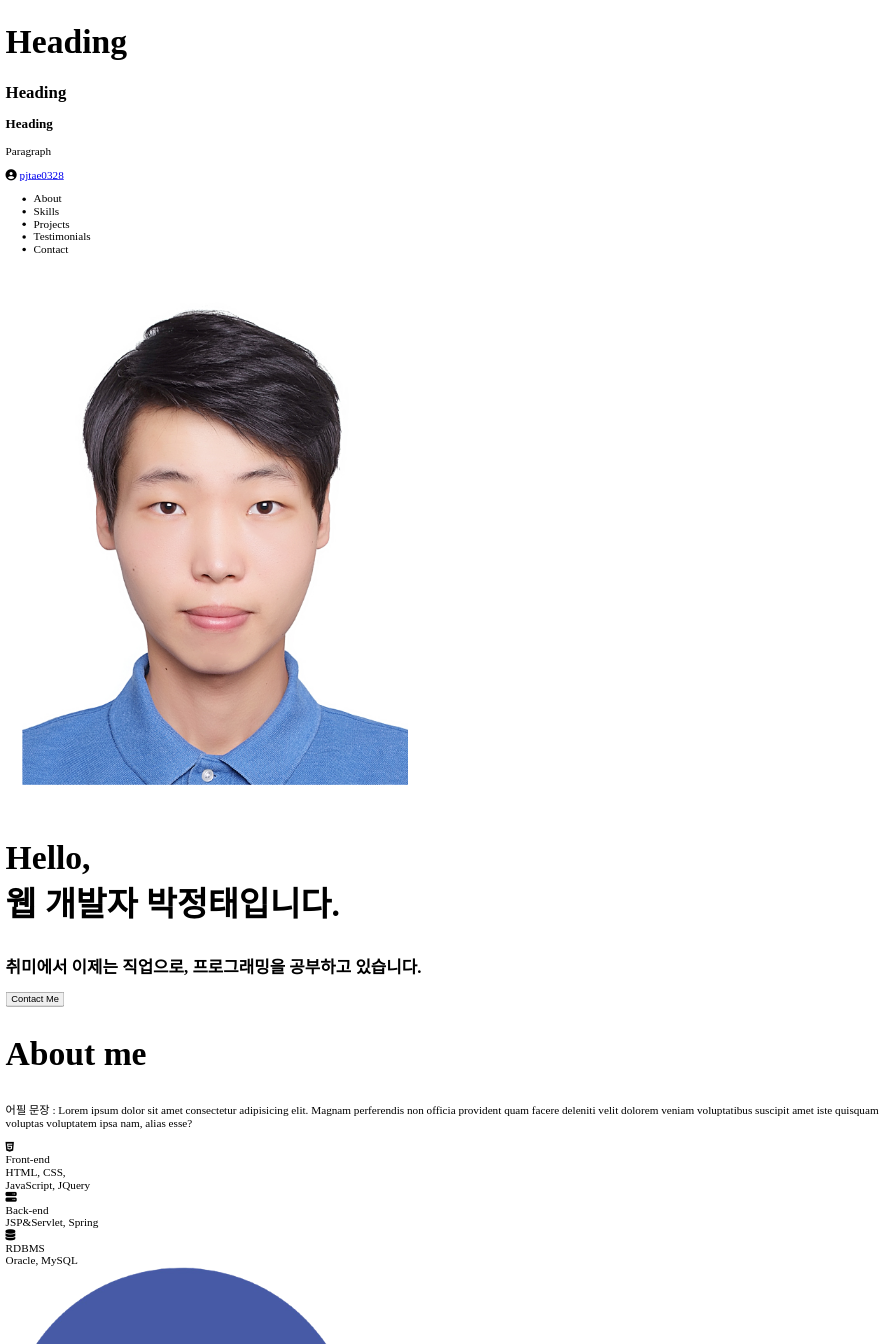
Repository: pjtae0328/Portfolio
Page: index.html
An editor plug-in stored every save of this project. The page is shown before and after the next save, followed by the edit.
The browser window is 1280 px wide. The pictures show the part of the page from y = 0 to 1920 px (the page is 7249 px tall before and 6965 px after), at 70% of full size.
Some web libraries are served in a nearby version.

Above is the page before, as saved 2021-09-02 21:05:46.

### index.html
<!DOCTYPE html>
<html lang="ko">

<head>
    <meta charset="UTF-8">
    <meta http-equiv="X-UA-Compatible" content="IE=edge"> <!-- ie 호환성보기 무시 -->
    <meta name="viewport" content="width=device-width, initial-scale=1.0">
    <title>박정태 포트폴리오</title>

    <!-- 설명 / 작성자 -->
    <meta name="description" content="준비된 개발자 박정태의 포트폴리오 입니다.">
    <meta name="author" content="박정태">

    <!-- 아이콘 -->
    <link rel="icon" type="image/png" href="imgs/favicon.png"/>

    <!-- fontawesome -->
    <script src="https://kit.fontawesome.com/0d232bdc2d.js" crossorigin="anonymous">
    </script>

    <!-- font -->
    <link rel="preconnect" href="https://fonts.googleapis.com">
    <link rel="preconnect" href="https://fonts.gstatic.com" crossorigin>
    <link href="https://fonts.googleapis.com/css2?family=Noto+Sans+KR:wght@400;500;700&display=swap" rel="stylesheet">

    <!-- css / js -->
    <link rel="stylesheet" href="style.css"/>
    <script src="main.js" defer></script>

<body>
    <!-- Test -->
    <h1>Heading</h1>
    <h2>Heading</h2>
    <h3>Heading</h3>
    <p>Paragraph</p>

<!-- Nav Bar -->
<nav id="navbar">
    <div class="navbar__logo">
        <i class="fas fa-user-circle"></i>
        <a href="#">pjtae0328</a>
    </div>
    <ul class="navbar__menu">
        <li class="navbar__menu__item">About</li>
        <li class="navbar__menu__item">Skills</li>
        <li class="navbar__menu__item">Projects</li>
        <li class="navbar__menu__item">Testimonials</li>
        <li class="navbar__menu__item">Contact</li>
    </ul>
</nav>

<!-- Home -->
<section id="home">
    <img src="/imgs/profile.jpg" alt="profile photo" class="home__avatar">
    <h1 class="home__title">Hello, <br>웹 개발자 박정태입니다.</h1>
    <h2 class="home__discription">취미에서 이제는 직업으로, 프로그래밍을 공부하고 있습니다.</h2>
    <button class="home__contact">Contact Me</button>
</section>

<!-- About -->
<section id="about">
    <h1>About me</h1>
    <p>어필 문장 : Lorem ipsum dolor sit amet consectetur adipisicing elit. Magnam perferendis non officia provident quam
        facere deleniti velit dolorem veniam voluptatibus suscipit amet iste quisquam voluptas voluptatem ipsa nam,
        alias esse?</p>

    <div class="about__majors">
        <div class="major">
            <div class="major__icon">
                <i class="fab fa-html5"></i>
            </div>
            <div class="major_title">Front-end</div>
            <div class="major__description">
                HTML, CSS,
                <br>JavaScript, JQuery
            </div>
        </div>
        <div class="major">
            <div class="major__icon">
                <i class="fas fa-server"></i>
            </div>
            <div class="major_title">Back-end</div>
            <div class="major__description">
                JSP&Servlet, Spring
            </div>
        </div>
        <div class="major">
            <div class="major__icon">
                <i class="fas fa-database"></i>
            </div>
            <div class="major_title">RDBMS</div>
            <div class="major__description">
                Oracle, MySQL
            </div>
        </div>
    </div>

    <div class="about__experience">
        <div class="experience">
            <img src="imgs/experience/kh.png" alt="KH정보 교육원">
            <p class="experience__name">KH 정보교육원 웹콘텐츠 개발자 과정 수료</p>
            <p class="experience__period">2021 May - 2021 Dec</p>
        </div>
        <div class="experience">
            <img src="imgs/experience/hbad.png" alt="한방애드">
            <p class="experience__name">PL Soft 리워드앱 개발 및 서비스(Android-JAVA, JSP&Servlet, MySQL)</p>
            <p class="experience__period">2016 Sep - 2017 Jan</p>
        </div>
    </div>
</section>

<!-- Skills -->
<section id="skills">
    <h1>Skills</h1>
    <h2>Skills & Attributes</h2>
    <p>
        Lorem ipsum dolor, sit amet consectetur adipisicing elit. Iusto ipsam, ullam delectus facilis molestiae ratione,
        odio maxime nulla ipsa eligendi enim minima distinctio. Praesentium in animi soluta iure, error sit!
        나의 강점 써보기 <i class="fas fa-star"></i>를 통해 제가 자신있는 정도를 표시해 보았습니다.
    </p>

    <div class="skillset">

        <div class="skillset__top">
            <div class="skill">
                <i class="fab fa-html5"></i>
                <h3 class="skill__title">HTML5 & CSS3</h3>
                <div class="skill__level">
                    <i class="fas fa-star"></i>
                    <i class="fas fa-star"></i>
                </div>
                <p>HTML과 CSS를 사용해 요구하는 디자인의 웹 스타일링을 할 수 있습니다.</p>
            </div>
            <div class="skill">
                <i class="fab fa-js-square"></i>
                <h3 class="skill__title">Java Script</h3>
                <div class="skill__level">
                    <i class="fas fa-star"></i>
                    <i class="fas fa-star"></i>
                </div>
                <p>JS의 특징과 동작 방식을 이해하고 원하는 동적 웹을 구축 할 수 있습니다.</p>
            </div>
            <div class="skill">
                <i class="fab fa-java"></i>
                <h3 class="skill__title">JAVA</h3>
                <div class="skill__level">
                    <i class="fas fa-star"></i>
                    <i class="fas fa-star"></i>
                    <i class="fas fa-star"></i>
                    <i class="fas fa-star"></i>
                </div>
                <p>JSP&Servlet을 활용해 웹 서버를 구축할 수 있으며 Spring Framework를 이해하고 사용할 수 있습니다.
                    <br>객체지향 패러다임을 이해하고 설계할 수 있으며 Spring Boot를 공부하고 개인 프로젝트를 진행했습니다.
                </p>
            </div>
            <div class="skill">
                <i class="fas fa-database"></i>
                <h3 class="skill__title">Oracle</h3>
                <div class="skill__level">
                    <i class="fas fa-star"></i>
                    <i class="fas fa-star"></i>
                </div>
                <p>관계형 데이터베이스를 이해하고 설계할 수 있으며 적절한 쿼리문을 작성하여 사용할 수 있습니다.</p>
            </div>
        </div>

        <div class="skillset__bottom">
            <div class="tools">
                <h3 class="tools__title">Tools</h3>
                <ul class="tolls__list">
                    <li><span>IntelliJ</span></li>
                    <li><span>VisualStudio Code</span></li>
                    <li><span>Eclipse</span></li>
                    <li><span>VisualStudio 2019</span></li>
                </ul>
            </div>
            <div class="etc">
                <h3 class="etc__title">Etc</h3>
                <ul class="etc__list">
                    <li><span>Git</span></li>
                    <li><span>C#</span></li>
                    <li><span>ActionScript 3.0</span></li>
                    <li><span>AutoHotKey</span></li>
                </ul>
            </div>
        </div>
    </div>
</section>

<!-- Projects -->
<section id="projects">
    <!-- 사이즈 리사이즈 해서 통일하고 아이폰/ 맥 넣어서 마우스 오버시 맥/아이폰 넘어가게 애니메이션 주기  -->
    <!-- 개인 Spring Boot -->
    <div class="project">
        <img class="project__img" src="https://via.placeholder.com/350" alt="projectIMG">
        <h3 class="project__title">Title</h3>
        <button class="project__View">View</button>
        <a href="#" class="project__github" target="_blank"><i class="fab fa-github"></i></a>
    </div>
    <!-- 학원 Spring -->
    <div class="project">
        <img class="project__img" src="https://via.placeholder.com/350" alt="projectIMG">
        <h3 class="project__title">Title</h3>
        <button class="project__View">View</button>
        <a href="#" class="project__github" target="_blank"><i class="fab fa-github"></i></a>
    </div>
    <!-- 학원 JSP&Servlet -->
    <div class="project">
        <img class="project__img" src="https://via.placeholder.com/350" alt="projectIMG">
        <h3 class="project__title">Title</h3>
        <button class="project__View">View</button>
        <a href="#" class="project__github" target="_blank"><i class="fab fa-github"></i></a>
    </div>
    <!-- 포트폴리오 페이지 -->
    <div class="project">
        <img class="project__img" src="https://via.placeholder.com/350" alt="projectIMG">
        <h3 class="project__title">Title</h3>
        <button class="project__View">View</button>
        <a href="#" class="project__github" target="_blank"><i class="fab fa-github"></i></a>
    </div>
</section>

<!-- Testimonials -->
<section id="testimonials">
    <h1>Testimonials</h1>
    <h3>See what they say about me</h3>
    <div class="testimonials">
        <div class="testimonial">
            <img
                src="imgs/testimonial/people1.jpg"
                alt="People"
                class="testimonial__avatar"
            >
            <div class="testimonial__speech-bubble">
                <p>Lorem ipsum dolor sit amet consectetur adipisicing elit. Accusantium iusto doloribus, cumque eos facilis velit omnis labore commodi praesentium? Numquam provident commodi praesentium fugiat ea sequi quam officia porro nulla!</p>
                <p class="testimonial__name"><a href="#" target="_blank">이름(링크드인 or 깃헙) / 소속</a></p>
            </div>
        </div>
        <div class="testimonial">
            <img
                src="imgs/testimonial/people1.jpg"
                alt="People"
                class="testimonial__avatar"
            >
            <div class="testimonial__speech-bubble">
                <p>Lorem ipsum dolor sit amet consectetur adipisicing elit. Accusantium iusto doloribus, cumque eos facilis velit omnis labore commodi praesentium? Numquam provident commodi praesentium fugiat ea sequi quam officia porro nulla!</p>
                <p class="testimonial__name"><a href="#" target="_blank">이름(링크드인 or 깃헙) / 소속</a></p>
            </div>
        </div>
        <div class="testimonial">
            <img
                src="imgs/testimonial/people1.jpg"
                alt="People"
                class="testimonial__avatar"
            >
            <div class="testimonial__speech-bubble">
                <p>Lorem ipsum dolor sit amet consectetur adipisicing elit. Accusantium iusto doloribus, cumque eos facilis velit omnis labore commodi praesentium? Numquam provident commodi praesentium fugiat ea sequi quam officia porro nulla!</p>
                <p class="testimonial__name"><a href="#" target="_blank">이름(링크드인 or 깃헙) / 소속</a></p>
            </div>
        </div>
    </div>
</section>

<!-- Contact -->
<section id="contact">
    <h1 class="contact__title">Let's talk</h1>
    <h2 class="contact__email">pjtae0328@gmail.com</h2>
    <div class="contact__links">
        <a href="https://github.com/pjtae0328" target="_blank">
            <i class="fab fa-github-square"></i>
        </a>
    </div>
    <p class="contact__rights">
        copyright &copy; by pjtae0328 All Right Reserved
    </p>
</section>
</body>
</html>

### style.css
/* Global */

:root {
  /* Color */
  --color-white: #ffffff;
  --color-light-white: #eeeeee;
  --color-dark-white: #bdbdbd;
  --color-mint: #caf7e3;
  --color-light-mint: #edffec;
  --color-purple: #e4bad4;
  --color-light-purple: #f6dfeb;
  --color-dark-grey: #4d4d4d;
  --color-grey: #616161;
  --color-light-grey: #7c7979;
  --color-blue: #73aace;
  --color-yellow: #fff7d1;
  --color-black: #000000;

  /* Font Size */
  --font-large: 48px;
  --font-medium: 28px;
  --font-regular: 18px;
  --font-small: 16px;
  --font-micro: 14px;

  /* Font Weight */
  --weight-bold: 700;
  --weight-semi-bold: 500;
  --weight-regular: 400;

  /* Size */
}

/* Universal tags */
* {
  box-sizing: border-box;
}

/* Typography */
h1 {
  font-size: var(--font-large);
  font-weight: var(--weight-bold);
  color: var(--color-black);
}

Loaded but not shown: main.js (common file)

After the next save:
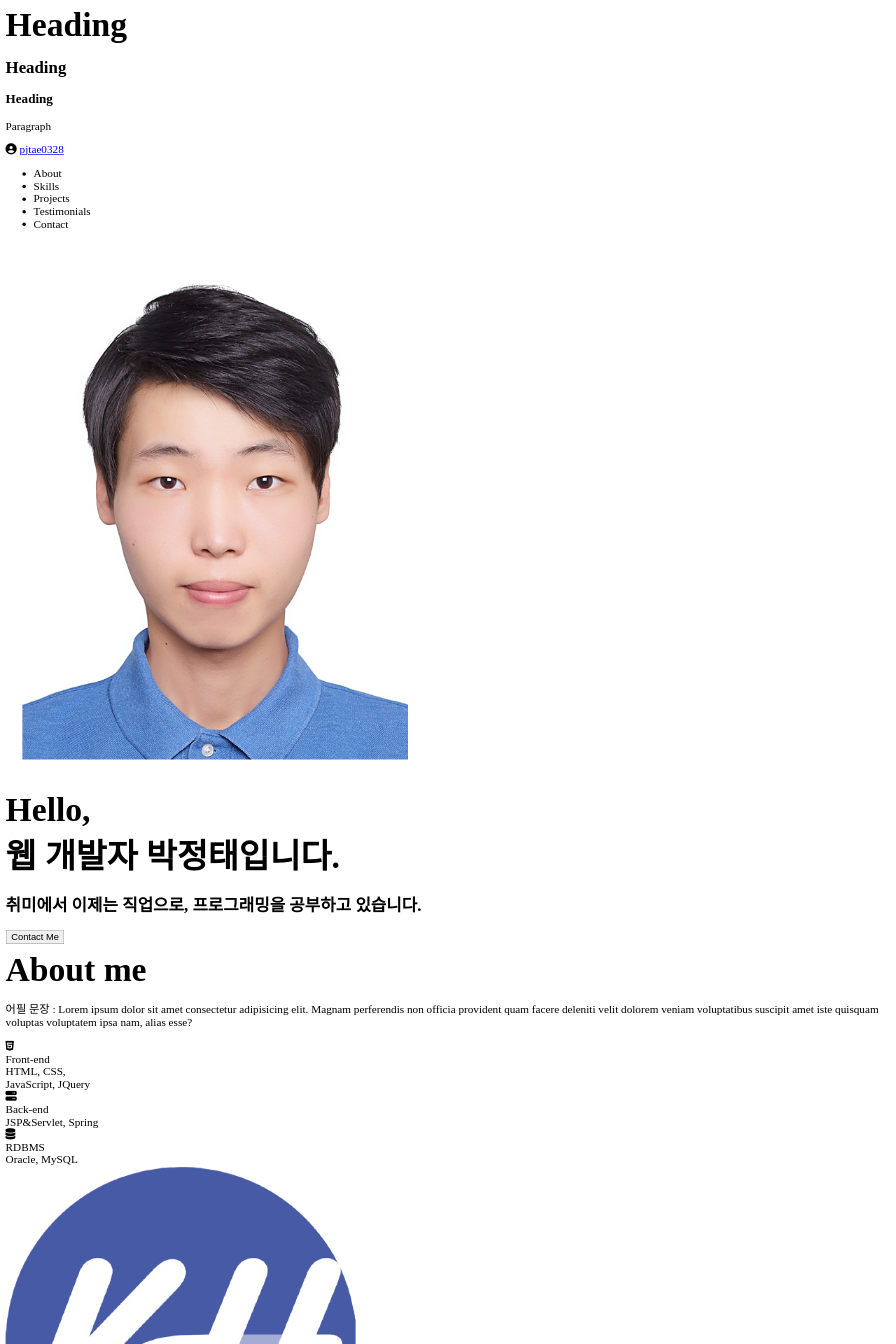
Saved 36 s later.
--- a/style.css
+++ b/style.css
@@ -41,4 +41,5 @@
   font-size: var(--font-large);
   font-weight: var(--weight-bold);
   color: var(--color-black);
+  margin: 8px 0;
 }
